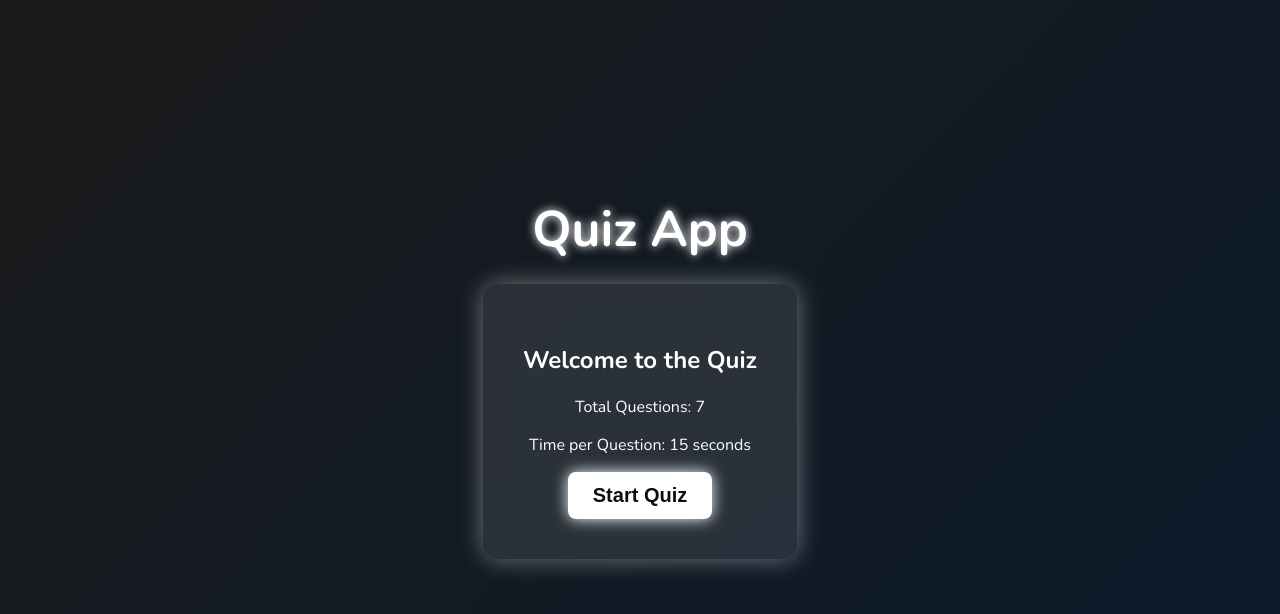
Repository: fatimaqueen9967-eng/SyntacexhubQuizApp
Page: index.html
These files come from the project's save history. The page is drawn as it stood at one moment and after a run of saves; the edit follows.
The browser window is 1280 px wide. The pictures show the whole page.

Above is the page before, as saved 2026-03-15 21:50:01.

### index.html
<!DOCTYPE html>
<html lang="en">
<head>
<meta charset="UTF-8">
<meta name="viewport" content="width=device-width, initial-scale=1.0">
<title>Quiz App</title>
<link rel="stylesheet" href="style.css">
</head>

<body>

<h1 class="title">Quiz App</h1>

<!-- START SCREEN -->

<div id="startScreen" class="start-screen">

<h2>Welcome to the Quiz</h2>

<p>Total Questions: <span id="totalQ"></span></p>
<p>Time per Question: 15 seconds</p>

<button id="startBtn">Start Quiz</button>

</div>

<!-- QUIZ BOX -->

<div class="box hidden">

<div class="progress-bar">
<div id="progress"></div>
</div>

<div class="top-bar">
<span id="counter"></span>
<span id="timer">⏱ 15s</span>
</div>

<div id="question"></div>

<div id="options" class="options"></div>

<div id="answer-info"></div>

<button id="nextBtn">Next</button>

</div>

<!-- RESULT -->

<div id="result" class="result-box hidden">

<div class="circle">
<span id="scorePercent">0%</span>
</div>

<h2>Quiz Result</h2>

<p id="correct"></p>
<p id="wrong"></p>

<button onclick="location.reload()" style="background-color: #f2eff5; color: rgb(8, 8, 8); padding: 10px 20px; border: none; border-radius: 6px; cursor: pointer; font-size: 18px; box-shadow: 0 0 10px rgba(243, 241, 241, 0.3);">Restart Quiz</button>

</div>

<script src="script.js"></script>

</body>
</html>

### style.css

@import url('https://fonts.googleapis.com/css2?family=Nunito:wght@400;600;700;800;900&display=swap');
body{
/* background:linear-gradient(135deg,#89039b,#83005c); */
background: linear-gradient(135deg, #1a1a1a, #0b1a2b);
/* #1a1a1a = dark gray, #0b1a2b = navy */
font-family:Nunito;
display:flex;
flex-direction:column;
align-items:center;
justify-content:center;
min-height:100vh;
margin:0;
color:white;
}

/* TITLE */

.title{
margin-bottom:20px;
text-shadow:0 0 10px white;
font-size: 50px;
}


/* START SCREEN */

.start-screen{
background:rgba(255,255,255,0.1);
padding:40px;
border-radius:15px;
text-align:center;
box-shadow:0 0 25px rgba(255,255,255,0.4);
backdrop-filter:blur(10px);
animation:fadeIn 1s;
}

.start-screen button{
padding:12px 25px;
border:none;
border-radius:8px;
background:#fff;
color:#0d0d0e;
font-size: 20px;
font-weight:bold;
cursor:pointer;
box-shadow:0 0 15px white;
transition:.3s;
}

.start-screen button:hover{
transform:scale(1.1);
}

/* QUIZ BOX */

.box{
background:white;
color:#333;
width:420px;
max-width:90%;
padding:25px;
border-radius:12px;
box-shadow:0 0 25px rgba(231, 229, 229, 0.3);
animation:fadeIn .5s;
}

.hidden{
display:none;
}

/* PROGRESS BAR */

.progress-bar{
width:100%;
height:8px;
background:#ddd;
border-radius:10px;
overflow:hidden;
margin-bottom:15px;
}

#progress{
height:100%;
width:0%;
/* background:linear-gradient(90deg,#81045c,#6e0169); */
background: linear-gradient(90deg, #121312, #072424);
transition:width .4s;
}

/* TOP BAR */

.top-bar{
display:flex;
justify-content:space-between;
margin-bottom:10px;
font-weight:bold;
}

/* QUESTION */

#question{
font-size:18px;
margin-bottom:15px;
}

/* OPTIONS */

.options button{
display:block;
width:100%;
padding:10px;
margin:8px 0;
border:none;
border-radius:8px;
/* background:#ce2cff; */
color:white;
cursor:pointer;
transition:.3s;
font-size: 20px;
background: #0b1a2b;
/* color: #39ff14;      */
box-shadow: 0 0 8px #0c0c0c;
}

.options button:hover{
transform:scale(1.05);
background:#f3f1f3;
color:#0b1a2b;
box-shadow: 0 0 15px #0c0c0c;
}

/* ANSWERS */

.correct{
background:#1e436d !important;
/* color: #39ff14 !important; */
color: #e3f8f8 !important;
}

.wrong{
background:#e74c3c !important;
}

/* CORRECT ANSWER TEXT */

#answer-info{
margin-top:10px;
font-weight:bold;
color:#0b1a2b;
font-size: 20px;
}

/* NEXT BUTTON */

#nextBtn{
margin-top:15px;
padding:10px 20px;
background:#0b1a2b;
color: #e3f8f8;
  box-shadow: 0 0 10px #111313;

border:none;
border-radius:6px;
cursor:pointer;
font-size: 18px;
}
#nextBtn:hover {
  box-shadow: 0 0 20px #272526;
}


/* RESULT */

.result-box{
text-align:center;
background:rgb(8, 8, 8);
color:#f7f4f4;
padding:30px;
font-size: 18px;
border-radius:12px;
width:350px;
max-width:90%;
box-shadow:0 0 25px rgba(0,0,0,0.3);
}

.circle{
width:150px;
height:150px;
border-radius:50%;
border:12px solid #f0eff1;
display:flex;
align-items:center;
justify-content:center;
font-size:28px;
font-weight:bold;
margin:20px auto;
animation:pop .6s;
border: 10px solid #15142e;
  color: #eef3f3;
  box-shadow: 0 0 15px #f8f6f6;
}
#timer, #counter {
  /* color: #b514ff; */
 color: #0b1a2b;
}

/* ANIMATIONS */

@keyframes pop{
from{transform:scale(.5);opacity:0}
to{transform:scale(1)}
}

@keyframes fadeIn{
from{opacity:0;transform:translateY(20px)}
to{opacity:1}
}

/* RESPONSIVE */

@media(max-width:600px){

.box{
padding:20px;
}

#question{
font-size:16px;
}

.options button{
font-size:14px;
}

.circle{
width:120px;
height:120px;
font-size:22px;
}

}

### script.js
// Quiz Data
const quizData=[
{
question:"What is the capital of France?",
options:["Berlin","Madrid","Paris","Rome"],
answer:"Paris"
},
{
question:"Full form of HTML?",
options:["Hyper Text Markup Language","High Text Markup Language","Hyper Text Market Language","None"],
answer:"Hyper Text Markup Language"
},
{
question:"Founder of Microsoft?",
options:["Steve Jobs","Bill Gates","Mark Zuckerberg","Elon Musk"],
answer:"Bill Gates"
},
{
question:"Why do we use CSS?",
options:["To structure the content","To style the content","To add interactivity"],
answer:"To style the content"
},
{
question:"DOM stands for?",
options:["Document Object Model","Data Object Model","Document Oriented Model","Data Oriented Model"],
answer:"Document Object Model"
},
{
question:"What does CreateElement do in JavaScript?",
options:["Creates a new HTML element","Deletes an HTML element","Updates an HTML element"],
answer:"Creates a new HTML element"
},
{
question:"What is Bootstrap?",
options:["A CSS framework","A JavaScript library","A Python framework"],
answer:"A CSS framework"
}
]

// DOM Elements
let currentQuestion=0
let score=0
let wrong=0
let timer
let timeLeft=15

const startBtn=document.getElementById("startBtn")
const startScreen=document.getElementById("startScreen")
const totalQ=document.getElementById("totalQ")
const counter=document.getElementById("counter")

const questionEl=document.getElementById("question")
const optionsEl=document.getElementById("options")
const nextBtn=document.getElementById("nextBtn")
const timerEl=document.getElementById("timer")
const progress=document.getElementById("progress")
const answerInfo=document.getElementById("answer-info")

// Show total questions on start screen
totalQ.innerText=quizData.length

// Start Quiz
startBtn.onclick=()=>{
    startScreen.classList.add("hidden")
    document.querySelector(".box").classList.remove("hidden")
    loadQuestion()
}

// Load Question
function loadQuestion(){
    clearInterval(timer)
    timeLeft=15
    startTimer()

    let q=quizData[currentQuestion]
    questionEl.innerText=q.question
    optionsEl.innerHTML=""
    answerInfo.innerHTML=""

    // Progress bar
    progress.style.width=(currentQuestion/quizData.length)*100+"%"

    // Question counter
    counter.innerText=(currentQuestion+1)+" / "+quizData.length

    // Options buttons
    q.options.forEach(option=>{
        let btn=document.createElement("button")
        btn.innerText=option
        btn.onclick=()=>selectAnswer(btn,option,q.answer)
        optionsEl.appendChild(btn)
    })
}

// Timer Function
function startTimer(){
    timerEl.innerText="⏱ "+timeLeft+"s"
    timer=setInterval(()=>{
        timeLeft--
        timerEl.innerText="⏱ "+timeLeft+"s"
        if(timeLeft<=0){
            clearInterval(timer)
            showCorrectAnswer()
        }
    },1000)
}

// Select Answer
function selectAnswer(button,option,correct){
    clearInterval(timer)
    let buttons=document.querySelectorAll(".options button")
    buttons.forEach(btn=>btn.disabled=true)

    if(option===correct){
        button.classList.add("correct")
        score++
    }else{
        button.classList.add("wrong")
        wrong++
        showCorrectAnswer()
    }
}

// Show Correct Answer
function showCorrectAnswer(){
    let q=quizData[currentQuestion]
    let buttons=document.querySelectorAll(".options button")
    buttons.forEach(btn=>{
        if(btn.innerText===q.answer){
            btn.classList.add("correct")
        }
    })
    answerInfo.innerText="Correct Answer: "+q.answer
}

// Next Button
nextBtn.onclick=()=>{
    currentQuestion++
    if(currentQuestion<quizData.length){
        loadQuestion()
    }else{
        showResult()
    }
}

// Show Result
function showResult(){
    document.querySelector(".box").style.display="none"
    let result=document.getElementById("result")
    result.classList.remove("hidden")

    let percent=Math.round((score/quizData.length)*100)
    document.getElementById("scorePercent").innerText=percent+"%"
    document.getElementById("correct").innerText="Correct Answers: "+score
    document.getElementById("wrong").innerText="Wrong Answers: "+wrong
}

After the next 3 saves:
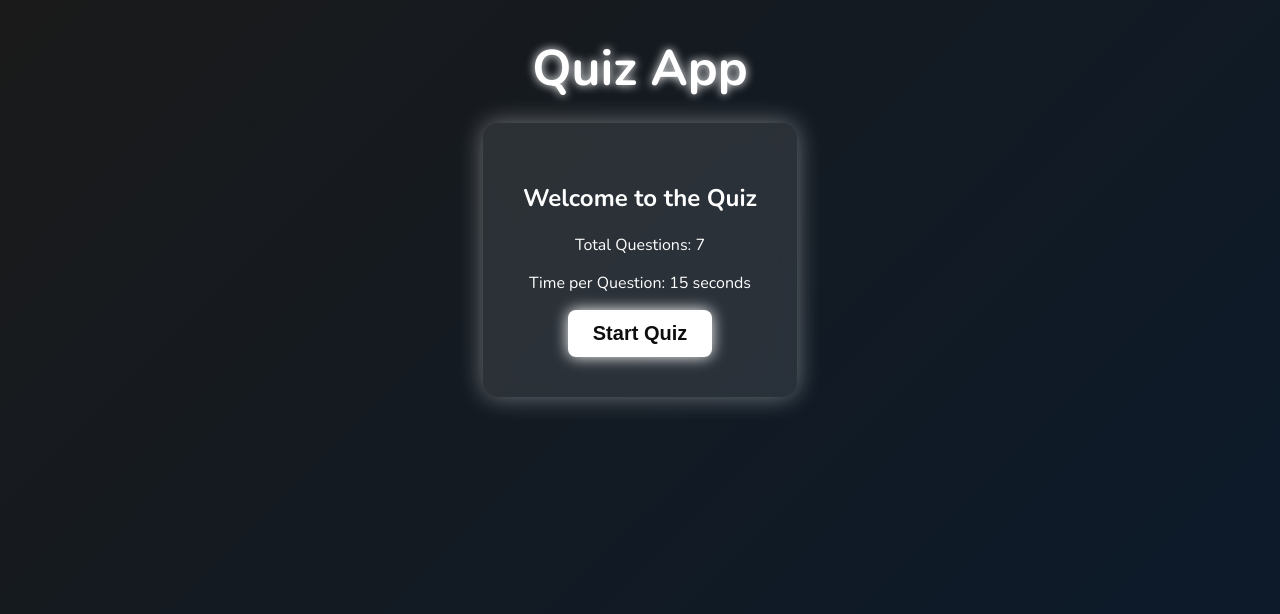
The 3 saves are shown as one change because they came seconds apart.
The last was saved 27 s later.
--- a/style.css
+++ b/style.css
@@ -8,10 +8,11 @@ font-family:Nunito;
 display:flex;
 flex-direction:column;
 align-items:center;
-justify-content:center;
+/* justify-content:center; */
 min-height:100vh;
 margin:0;
 color:white;
+pa
 }
 
 /* TITLE */
